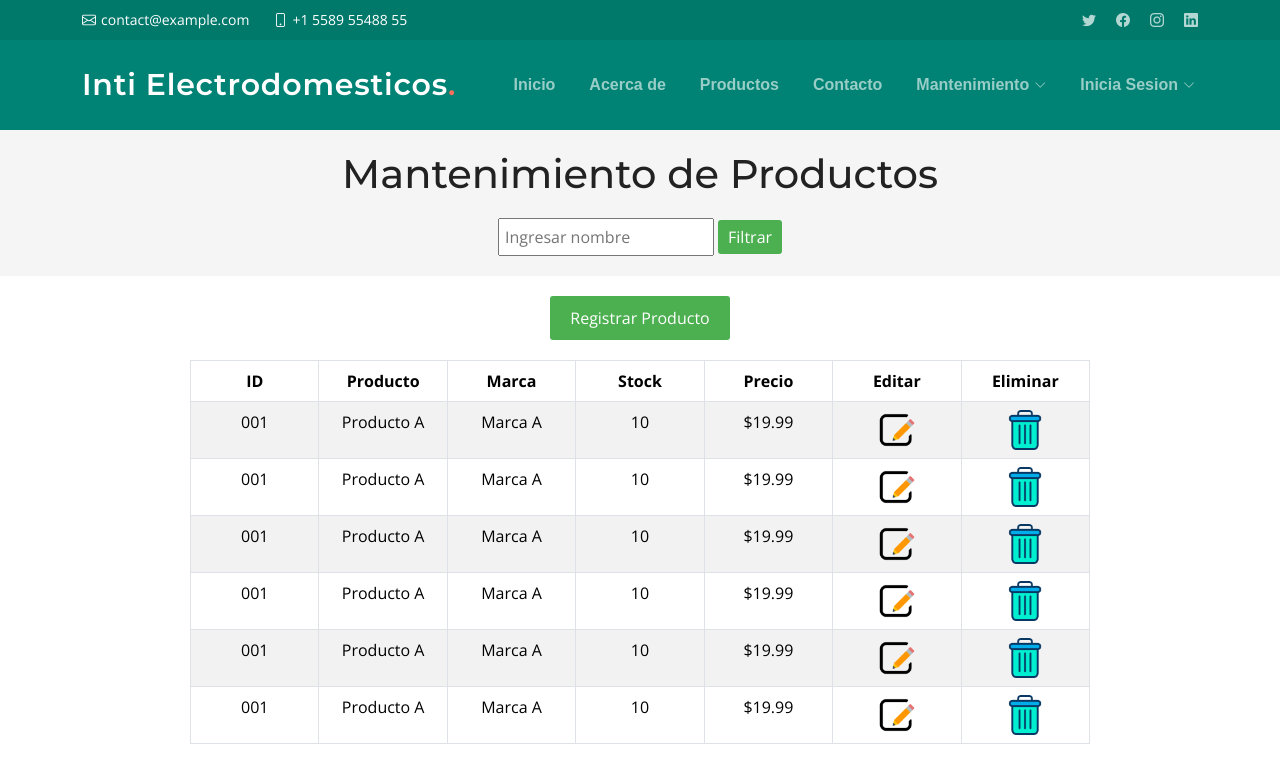
Repository: JReynaldoDelRio/DAWI---IntiElectrdomesticos
Page: http://localhost/mantenimientoProducto
The author's editor kept a copy of each file at every save. The page is drawn from the files as they stood at one save, then again after the next save.
The browser window is 1280 px wide. The pictures show the whole page.
Some web fonts or font styles are not loaded; a fallback is used. Some web libraries are served in a nearby version. The page is this project's Thymeleaf template; nobody is signed in. The template is opened directly, without the code that normally fills it, so the values that code supplies are empty.

Above is the page before, as saved 2023-06-07 17:22:18.

After the next save:
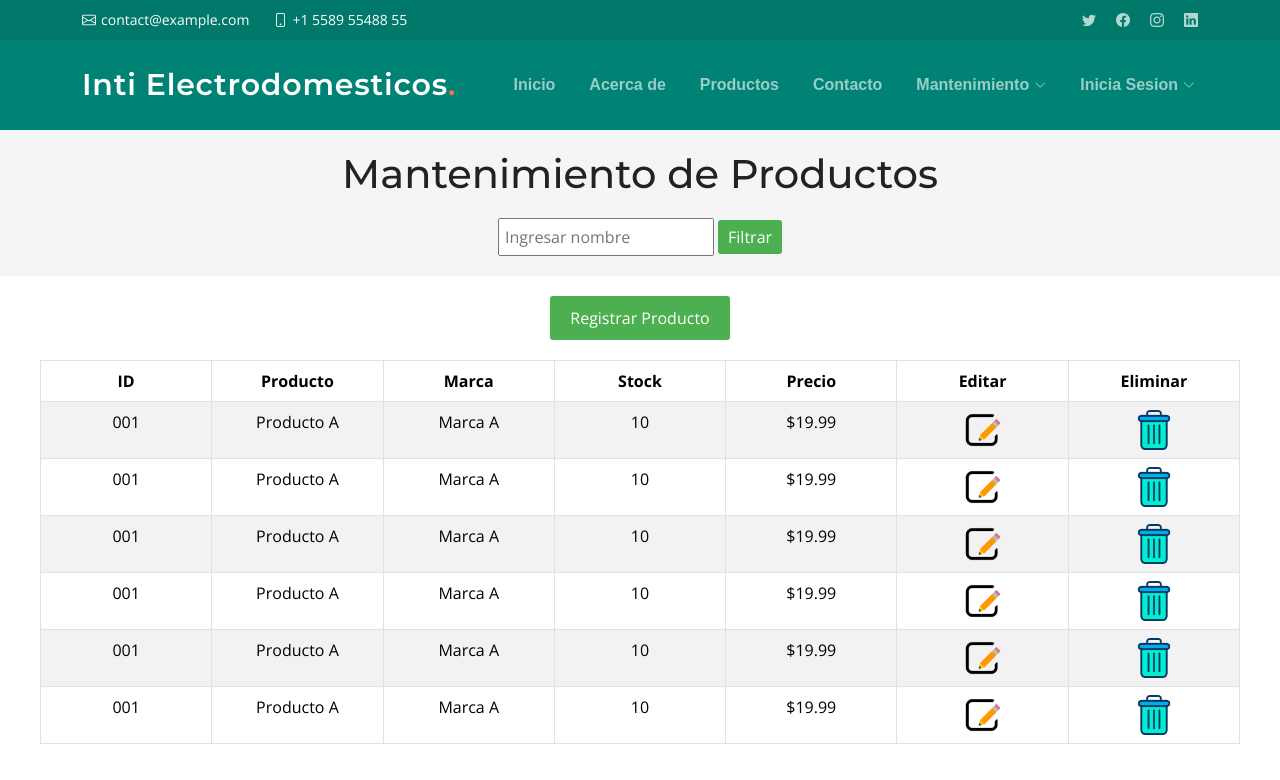
Saved 6 s later.
--- a/IntiElectrodomesticos/src/main/resources/static/css/producto.css
+++ b/IntiElectrodomesticos/src/main/resources/static/css/producto.css
@@ -51,7 +51,7 @@ main {
 
 table {
 	margin: 0 auto; /* Centrar la tabla horizontalmente */
-	max-width: 900px; /* Ancho máximo de la tabla */
+	max-width: 1200px; /* Ancho máximo de la tabla */
 	width: 100%;
 	table-layout: fixed; /* Fijar el ancho de las columnas */
 }
